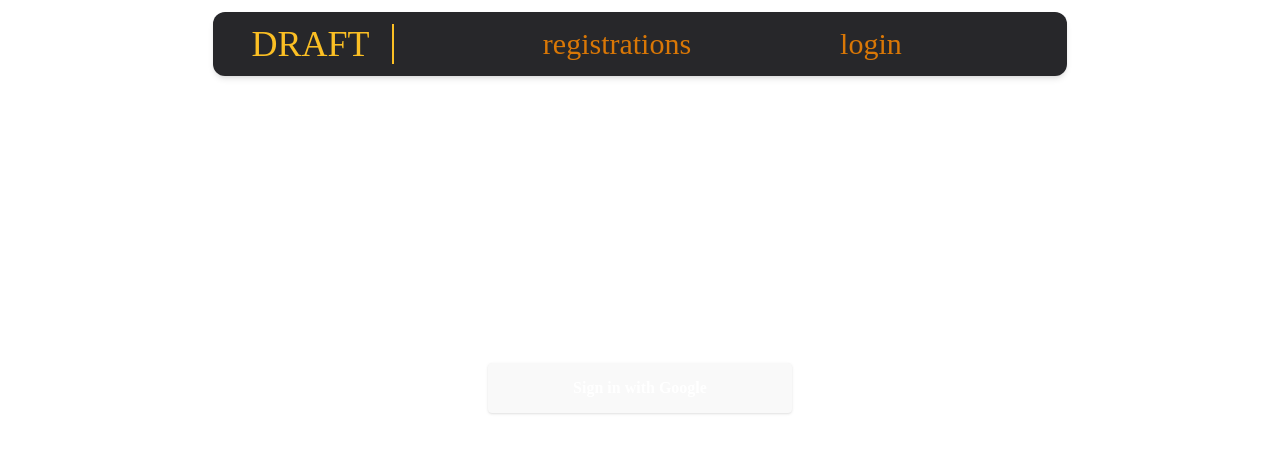
Repository: MehediMim/LeagueCrafter--Online-Auction-Platform-Project
Page: /login (app in my-app/)
The author's editor kept a copy of each file at every save. The page is drawn from the files as they stood at one save, then again after the next save.
The browser window is 1280 px wide. The pictures show the whole page.
Some web fonts or font styles are not loaded; a fallback is used. The project was rebuilt for these pictures with package versions that can differ from the ones it lists, and the page was loaded fresh each time. Also part of the build but not shown: my-app/vite.config.js, my-app/src/pages/Home.jsx, my-app/src/pages/Dashboard.jsx.

Above is the page before, as saved 2025-05-25 01:51:26.

After the next save:
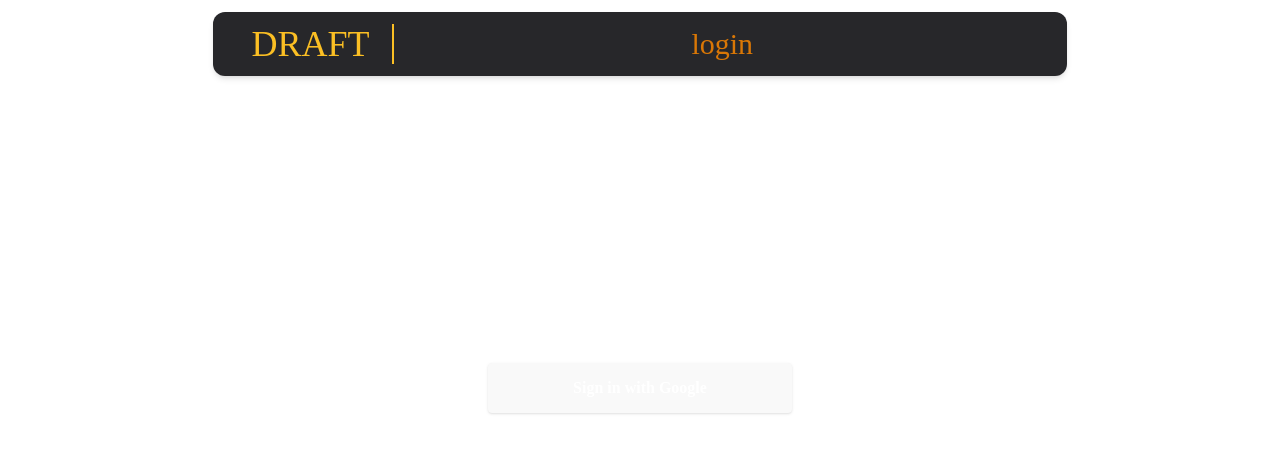
Saved 5 s later.
--- a/my-app/src/components/Navbar.jsx
+++ b/my-app/src/components/Navbar.jsx
@@ -15,7 +15,7 @@ export default function Navbar(params) {
           </div>
           <div className="w-full flex justify-evenly   items-center">
             {/* <Link to="/" className="text-amber-600 hover:text-white"><h1 className="text-3xl font-jaro">home</h1></Link> */}
-            <Link className="text-amber-600 hover:text-white"><h1 className="text-3xl font-jaro">registrations</h1></Link>
+            {/* <Link className="text-amber-600 hover:text-white"><h1 className="text-3xl font-jaro">registrations</h1></Link> */}
             {!isAuthenticated && <Link to="/login" className="text-amber-600 hover:text-white"><h1 className="text-3xl  font-jaro">login</h1></Link>}
             {isAuthenticated && <Link to="/dashboard" className="text-amber-600 hover:text-white"><h1 className="text-3xl  font-jaro">dashboard</h1></Link>}
 
